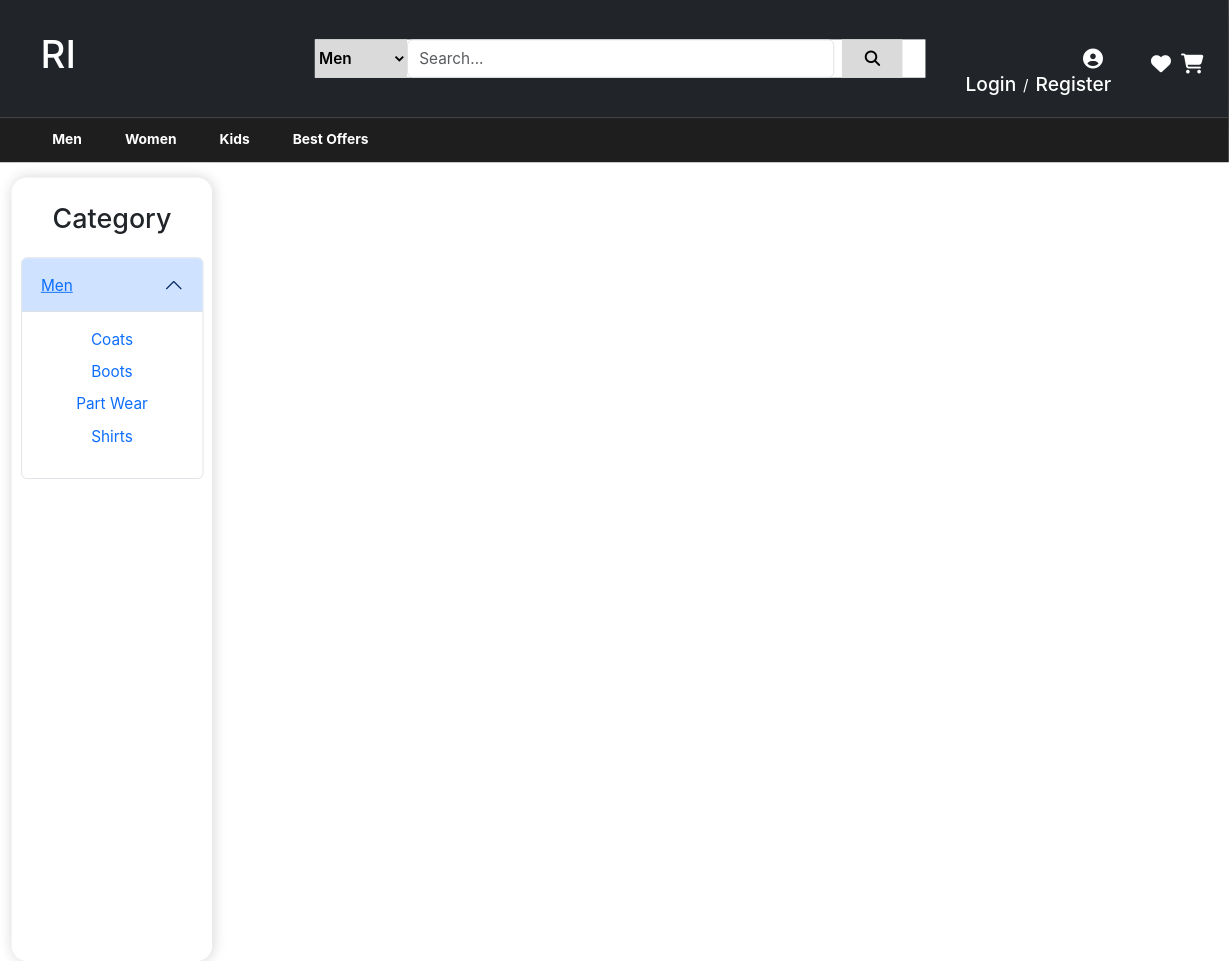
Repository: KodandaraoChellapilli/e-store
Page: /
These files come from the project's save history. The page is drawn as it stood at one moment and after the next save; the edit follows.
The browser window is 1280 px wide. The pictures show the whole page, at 96% of full size.
The project was rebuilt for these pictures with package versions that can differ from the ones it lists, and the page was loaded fresh each time. Also part of the build but not shown: src/App.css.

Above is the page before, as saved 2025-06-09 15:02:42.

### public/index.html
<!DOCTYPE html>
<html lang="en">
  <head>
    <meta charset="utf-8" />
    <link rel="icon" href="%PUBLIC_URL%/favicon.ico" />
    <meta name="viewport" content="width=device-width, initial-scale=1" />
    <meta name="theme-color" content="#000000" />
    <meta
      name="description"
      content="Web site created using create-react-app"
    />
    <link rel="apple-touch-icon" href="%PUBLIC_URL%/logo192.png" />
    <!--
      manifest.json provides metadata used when your web app is installed on a
      user's mobile device or desktop. See https://developers.google.com/web/fundamentals/web-app-manifest/
    -->
    <link rel="manifest" href="%PUBLIC_URL%/manifest.json" />

    <link rel="stylesheet"   href="https://cdnjs.cloudflare.com/ajax/libs/font-awesome/6.7.2/css/all.min.css"/>


    <link href="https://cdn.jsdelivr.net/npm/bootstrap@5.3.6/dist/css/bootstrap.min.css" rel="stylesheet" integrity="sha384-4Q6Gf2aSP4eDXB8Miphtr37CMZZQ5oXLH2yaXMJ2w8e2ZtHTl7GptT4jmndRuHDT" crossorigin="anonymous">
    <!--
      Notice the use of %PUBLIC_URL% in the tags above.
      It will be replaced with the URL of the `public` folder during the build.
      Only files inside the `public` folder can be referenced from the HTML.

      Unlike "/favicon.ico" or "favicon.ico", "%PUBLIC_URL%/favicon.ico" will
      work correctly both with client-side routing and a non-root public URL.
      Learn how to configure a non-root public URL by running `npm run build`.
    -->
    <title>React App</title>
  </head>
  <body>
    <noscript>You need to enable JavaScript to run this app.</noscript>
    <div id="root"></div>
    <!--
      This HTML file is a template.
      If you open it directly in the browser, you will see an empty page.

      You can add webfonts, meta tags, or analytics to this file.
      The build step will place the bundled scripts into the <body> tag.

      To begin the development, run `npm start` or `yarn start`.
      To create a production bundle, use `npm run build` or `yarn build`.
    -->
  </body>
</html>

### src/App.js
import logo from './logo.svg';
import './App.css';
import TopNav from './Components/TopNav';
import  CatNav from './Components/CatNav';
import MainComponent from './Components/MainComponent';



function App() {
  return (
    <div className="App">

      <TopNav />
      <CatNav />
      <MainComponent />

    </div>
  );
}

export default App;

### src/Components/TopNav/index.js

import './_top-nav.scss';




const TopNav = ()=>{

    return (
        <div>

            <div className='header bg-dark'>
                    <div className='row'>

                    <div className='brand my-1'>
                        <h1>RI</h1>
                    </div>

                    <div className='inp-container p-0 my-4 w-50 h-25 bg-white'>

                        <div className='dropdown m-0 p-0'>
                        <select className='select-btn w-100 p-0 m-0'>
                            <option>Men</option>
                            <option>Women</option>
                            <option>Kids</option>
                        </select>
                        </div>

                        <input className='form-control' placeholder='Search...' />
                        <button><i className='fa fa-search'></i></button>

                    </div>

                    <div className='login-container p-0'>
                        <i className='fa fa-user-circle user-icon'></i>
                        <div className='auth-links'>
                        <h5><a href='#'>Login</a></h5>
                        <span> / </span>
                        <h5><a href="#">Register</a></h5>
                        </div>
                    </div>

                    <div className='cart-wishlist'>
                        <ul className='p-0'>
                        <li className='list-icon'><i className='fa fa-heart'></i></li>
                        <li className='list-icon'><i className='fa fa-shopping-cart'></i></li>
                        </ul>
                    </div>

                    </div>
      </div>
        </div>
    )

}

export default TopNav

### src/Components/CatNav/index.js
import './_cat-nav.scss';


const CatNav =()=> {
    return (
        <>

        <div className='cat-nav-container continer'>
            <ul>
                <li className ='list-items'> <a href='#'> Men  </a></li>
                <li className ='list-items' > <a href='#'> Women </a></li>
                <li  className ='list-items'> <a href='#'> Kids </a></li>
                <li  className ='list-items'> <a href='#'> Best Offers </a></li>

            </ul>
        </div>


        </>
    )
}

export default CatNav;

### src/Components/MainComponent/index.js
import './_main-component.scss';
import SideNav from '../SideNav';

const MainComponent =()=> {

    return (
        <div>
            <div className='container-fluid'>
                <div className='col-lg-2 col-md-3 col-sm-4'>
                    <SideNav/>
                </div>
            </div>
        </div>
    )
}

export default MainComponent;

### src/Components/TopNav/_top-nav.scss
@import '../../style/sass/variables';

.header {
  max-width: 100%;
  box-shadow: 5px 5px 20px gray;
  padding: 1em;
}

.row {
  display: flex;
  align-items: center;
  flex-wrap: wrap;
  justify-content: space-between;
}

.brand {
  color: white;
  margin-left: 2%;
  padding: 0.8em;
  width: 23%;
}

.inp-container {
  display: flex;
  align-items: center;
  width: 50%;
  padding: 0.5em;
  background-color: white;
}

.inp-container .dropdown {
  width: 15%;
  margin-right: 0.5em;
}

.drropdown{
    width: 15%;
}

.select-btn {
  height: $element-height;
  border: none;
  background-color: #dadada;
  font-weight: 600;
  width: 100%;
}

.inp-container input {
  width: 70%;
  height: $element-height;
  margin-right: 0.5em;
}

.inp-container button {
  width: 10%;
  height: $element-height;
  border: none;
  background-color: #dadada;
}

.login-container {
  width: 15%;
  color: white;
  text-align: right;
  margin: 1.7em 0.2em 0 0;
}

.user-icon {
  margin-right: 0.4em;
  padding: 0.2em;
  font-size: $icon-font;
}

.auth-links {
  display: inline-block;
}

.login-container h5,
.login-container span {
  display: inline-block;
  margin: 0 0.2em;
}

.login-container a {
  text-decoration: none;
  color: white;
}

.cart-wishlist {
  width: 7%;
  margin-top: 1.7em;
  margin-left: 1em;
}

.cart-wishlist .list-icon {
  color: white;
  font-size: $icon-font;
  list-style-type: none;
  display: inline-block;
  margin-right: 0.5em;
}

### src/Components/CatNav/_cat-nav.scss
@import '../../style/sass/variables';
@import '../../style/sass/mixins';


.cat-nav-container {
  background-color: #1e1e1e; // Dark background for nav
  max-width: 100%; // Makes the nav bar take full width
  border-top: 1px solid #444444; // Adds a subtle top border

  .list-items {
    list-style-type: none; // Removes bullets from the list
    display: inline-block; // Aligns list items horizontally
    margin: 0.2em 1em; // Space around each list item
    padding: 0.4em; // Inner spacing
    height: 2.5em; // Sets height of each item
  }

  a {
    text-decoration: none; // Removes underline from links
    color: white; // Makes link text white
    height: 1.8em; // Sets height of the anchor tag
    font-size: 0.9em; // Slightly smaller font
    font-weight: 700; // Makes text bold

    &::after {
      content: ''; // Creates a fake element after <a>
      display: block; // Makes it act like a visible block
      bottom: 0; // Align it to bottom (needs position to work correctly)
      left: 0; // Align it to left side
      height: 0.2em; // Thin line height
      background-color:$accent-color; // Line color
      transform: scaleX(0); // Starts invisible
      @include transition(transform, 0.2s )
    }

    &:hover::after {
      transform: scaleX(1.1); // When hovering, stretch the line slightly
    }
  }
}

### src/Components/SideNav/index.js
import './_side-nav.scss';


const SideNav =()=>{

    return (
        <div className='side-nav'>
            <div className='section-title'>
                <h3>Category</h3>

            </div>

            <div className= 'accordion'>
                <div className= 'accordion-item individual-category'>
                    <div className = 'accordion-header'>
                        <button className='accordion-button'>
                            <div className='category-title'>
                                <a href='#'>Men</a>
                            </div>
                        </button>

                    </div>

                    <div className='accordion-collapse collapse show'>
                        <div className='accordion-body'>
                            <ul>
                                <li className='sub-items'><a href='#'>Coats</a></li>
                                <li className='sub-items'><a href='#'>Boots</a></li>
                                <li className ='sub-items'><a href='#'>Part Wear</a></li>
                                <li className= 'sub-items'><a href='#'>Shirts</a></li>
                            </ul>
                        </div>

                    </div>



                </div>

            </div>
        </div>
    )


}
export default SideNav;

### src/style/sass/_variables.scss
$accent-color: red;
$icon-font: 1.3em;
$element-height: 2.5em;

### src/style/sass/_mixins.scss
@mixin transition($property, $duration) {
  transition-property: $property;
  transition-duration: $duration;
}

### src/Components/SideNav/_side-nav.scss
.side-nav{
    margin-top: 1em;
    padding: 0.6em;
    box-shadow: 1px 0px 14px 0px lightgray;
    height: 51em;
    border-radius: 1em;


    .section-title{
        padding: 1em;

        h3{
            text-align: center;
        }
    }

    .individual-category{
        ul{
            padding: 0;
        }
        .sub-items{
            text-align: center;
            margin-bottom: 0.6em;

            list-style-type: none; // Removes bullets from the list
            a{
                text-decoration: none; // Removes underline from linls
            }
        }
    }
}

Loaded but not shown: src/index.js (common file); src/index.css (common file); src/reportWebVitals.js (common file); src/Components/MainComponent/_main-component.scss (no stored copy; drawn as an empty file)

After the next save:
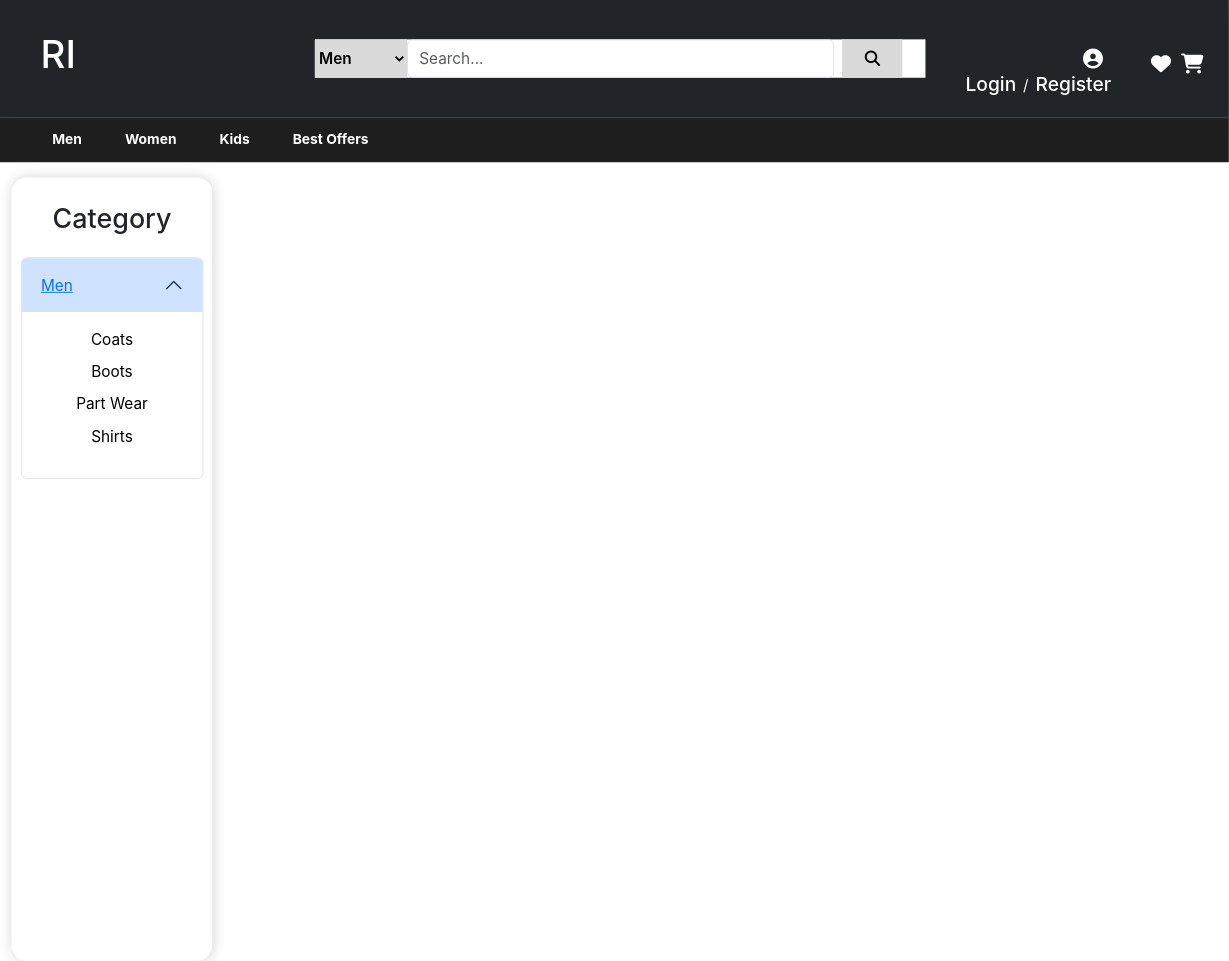
Saved 35 s later.
--- a/src/Components/SideNav/_side-nav.scss
+++ b/src/Components/SideNav/_side-nav.scss
@@ -25,6 +25,7 @@
             list-style-type: none; // Removes bullets from the list
             a{
                 text-decoration: none; // Removes underline from linls
+                color: black; // Makes link text black
             }
         }
     }
